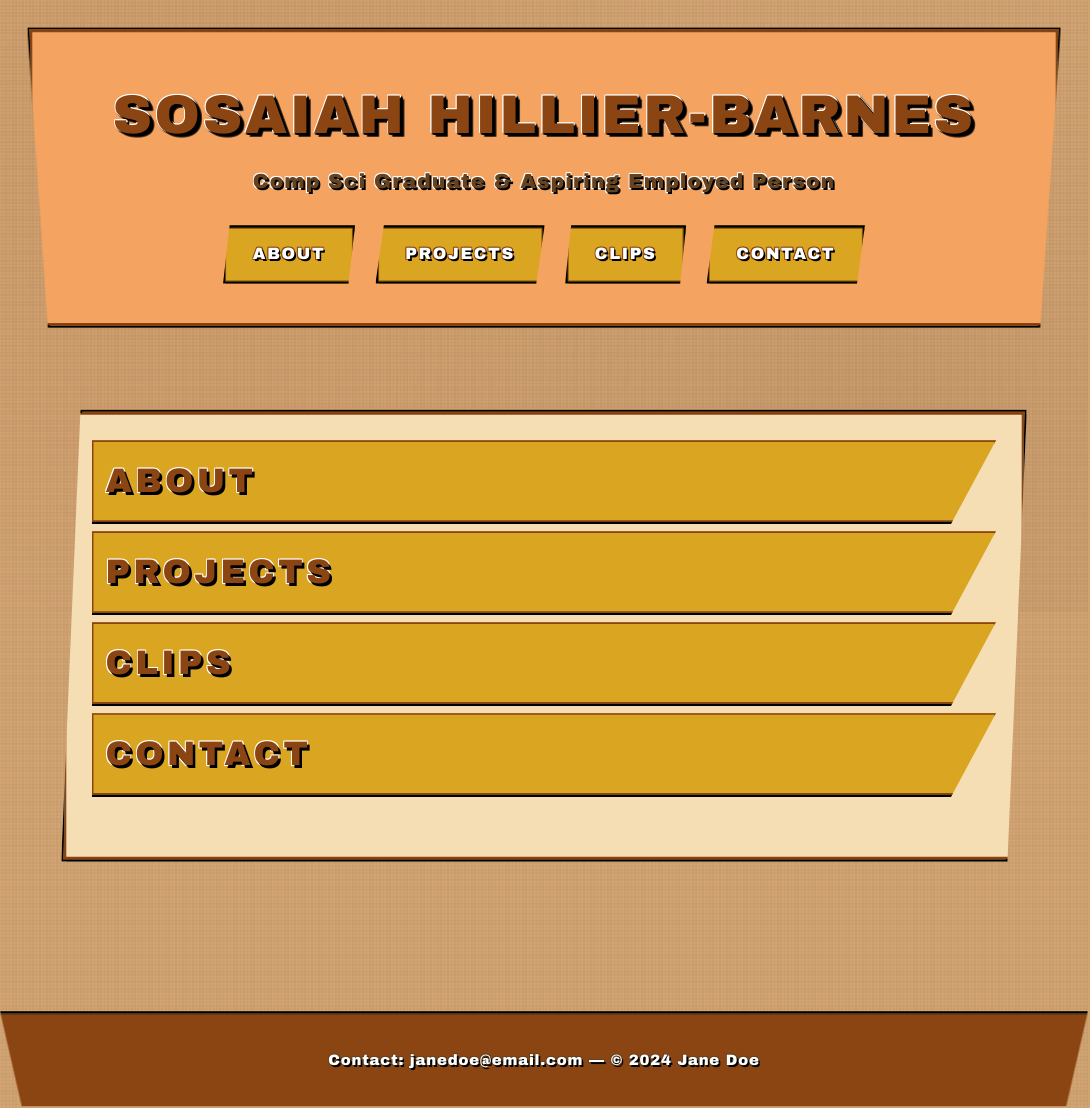
Repository: Hillier-Barnes/PortfolioWebsiteNew
Page: /
The author's editor kept a copy of each file at every save. The page is drawn from the files as they stood at one save, then again after the next save.
The browser window is 1280 px wide. The page is 1282 px wide, so the pictures cover 1282 px, including what lies to the right of the window. The pictures show the whole page, at 85% of full size.
The project was rebuilt for these pictures with package versions that can differ from the ones it lists, and the page was loaded fresh each time. Also part of the build but not shown: vite.config.js.

Above is the page before, as saved 2025-11-12 14:17:50.

After the next save:
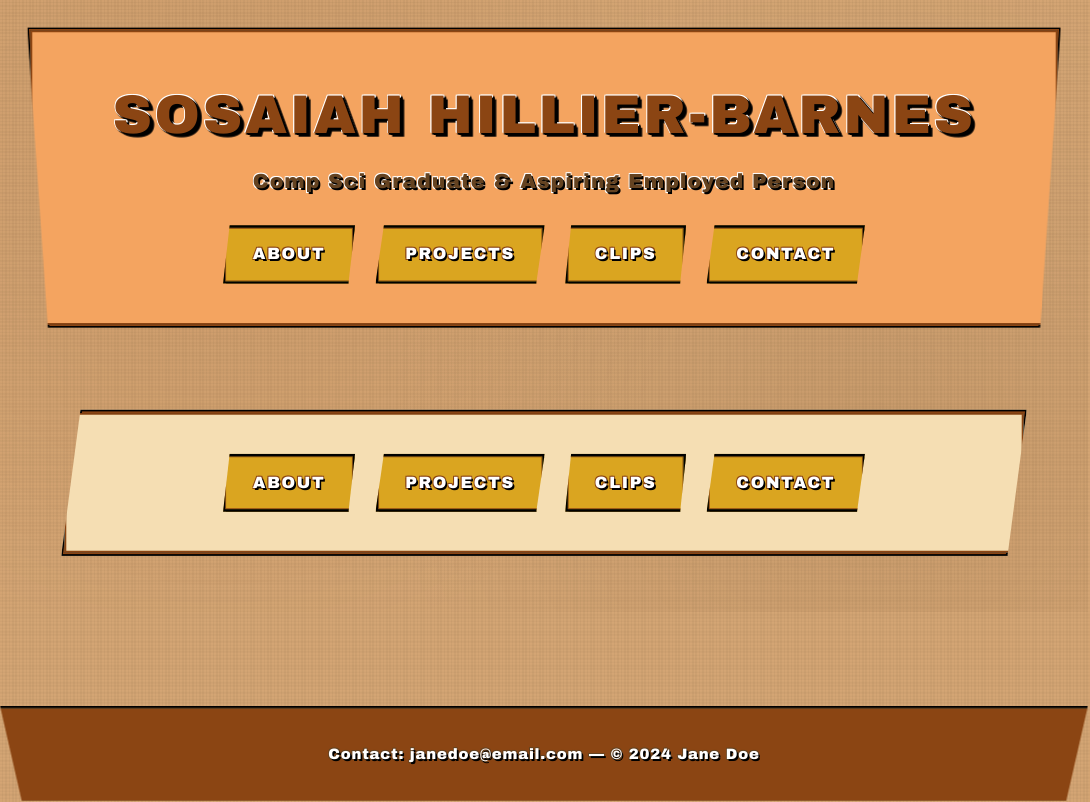
Saved 21 s later.
--- a/index.html
+++ b/index.html
@@ -20,10 +20,12 @@
 
   <main class="container">
     <section class="projects" id="projects">
-      <h2>About</h2>
-      <h2>Projects</h2>
-      <h2>Clips</h2>
-      <h2>Contact</h2>
+        <nav>
+            <a href="#about">About</a>
+            <a href="#projects">Projects</a>
+            <a href="#clips">Clips</a>
+            <a href="#contact">Contact</a>
+          </nav>
     </section>
   </main>
 
